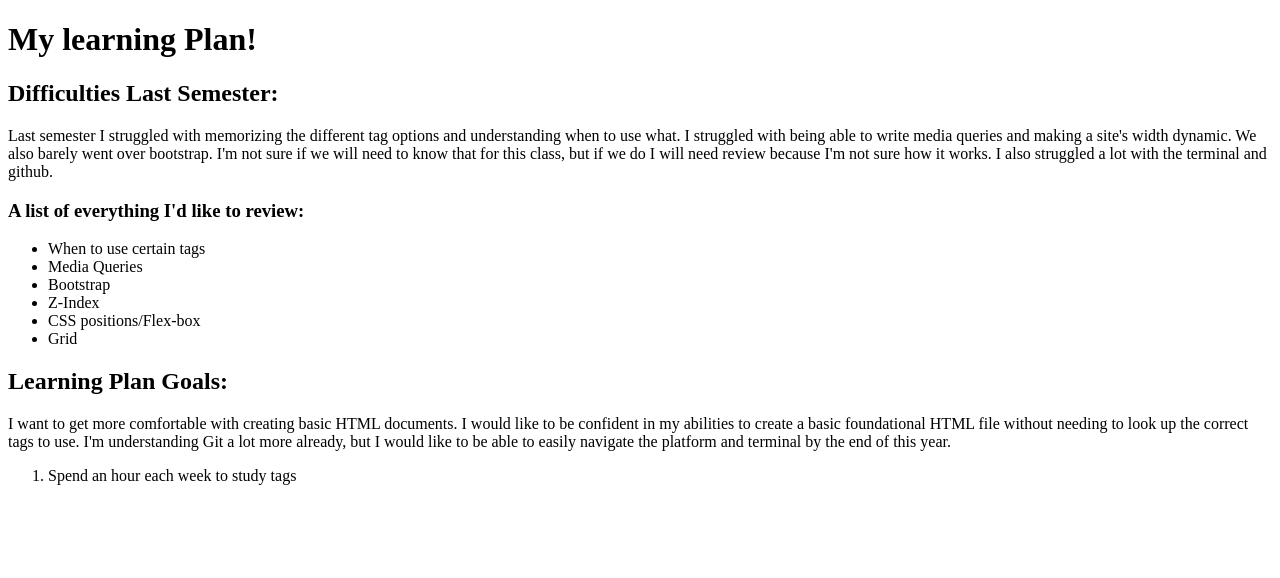
Repository: awollf/mdia-2109
Page: learning-plan.html
These files come from the project's save history. The page is drawn as it stood at one moment and after the next save; the edit follows.
The browser window is 1280 px wide. The pictures show the whole page.

Above is the page before, as saved 2026-01-26 12:01:23.

After the next save:
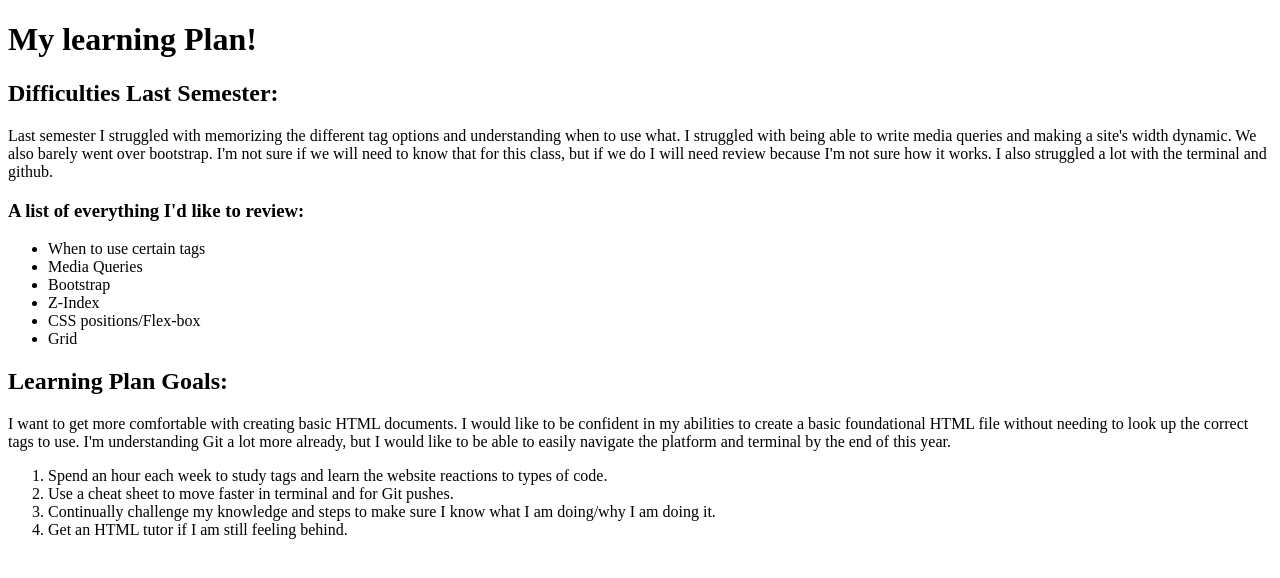
Saved 4 min 11 s later.
--- a/learning-plan.html
+++ b/learning-plan.html
@@ -31,7 +31,10 @@
     but I would like to be able to easily navigate the platform and terminal by the end of this year. </p>
 
     <ol>
-        <li>Spend an hour each week to study tags</li>
+        <li>Spend an hour each week to study tags and learn the website reactions to types of code.</li>
+        <li>Use a cheat sheet to move faster in terminal and for Git pushes.</li>
+        <li>Continually challenge my knowledge and steps to make sure I know what I am doing/why I am doing it.</li>
+        <li>Get an HTML tutor if I am still feeling behind.</li>
     </ol>
 
 </body>
